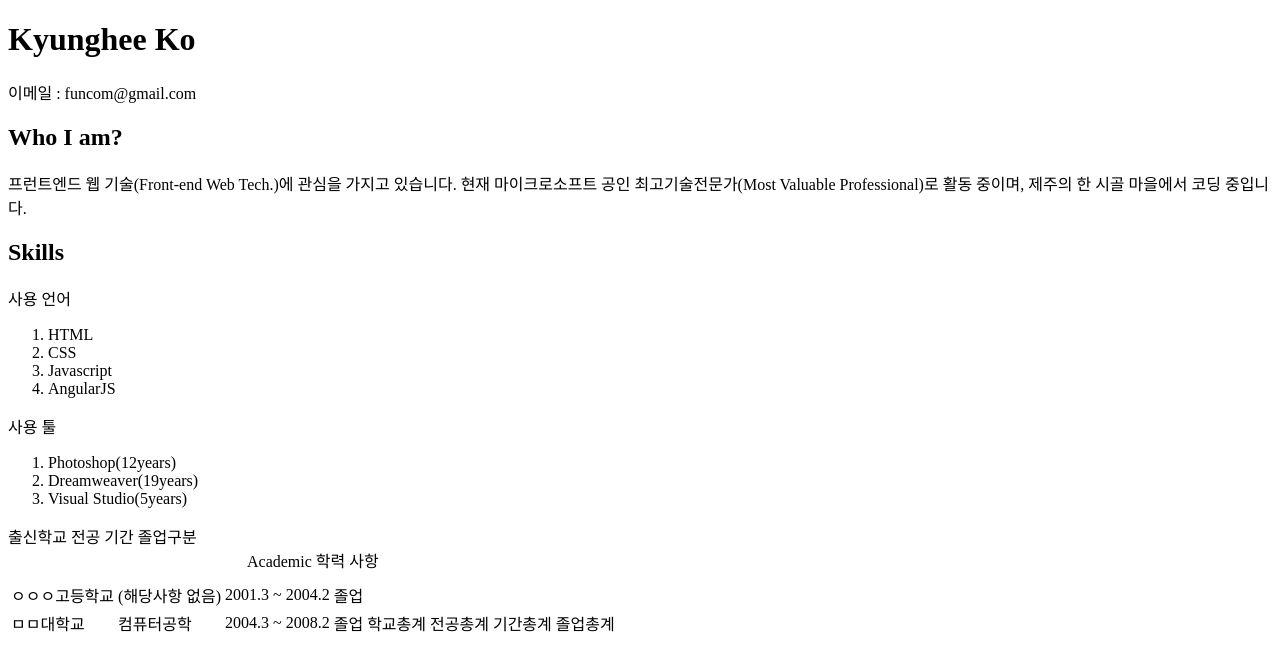
Repository: seulhwangbo/SeulJSP
Page: jspSrc17/webStandard01/src/main/webapp/02/resume.html
An editor plug-in stored every save of this project. The page is shown before and after the next save, followed by the edit.
The browser window is 1280 px wide. The pictures show the whole page.

Above is the page before, as saved 2024-06-13 07:39:26.

### jspSrc17/webStandard01/src/main/webapp/02/resume.html
<!DOCTYPE html>
<html>
<head>
<meta charset="UTF-8">
<title>Insert title here</title>
</head>
<body>
	<h1>Kyunghee Ko</h1>
	<p>이메일 : funcom@gmail.com</p>
	<h2>Who I am?</h2>
	<p>프런트엔드 웹 기술(Front-end Web Tech.)에 관심을 가지고 있습니다. 현재 마이크로소프트 공인
		최고기술전문가(Most Valuable Professional)로 활동 중이며, 제주의 한 시골 마을에서 코딩 중입니다.</p>

	<h2>Skills</h2>
	<p>사용 언어</p>

	<ol>
		<li>HTML</li>
		<li>CSS</li>
		<li>Javascript</li>
		<li>AngularJS</li>
	</ol>
	</li>
	<p>사용 툴</p>
	<ol>
		<li>Photoshop(12years)</li>
		<li>Dreamweaver(19years)</li>
		<li>Visual Studio(5years)</li>
	</ol>
	<table>
		<caption>Academic 학력 사항</caption>
		<thead>
			<tr>출신학교
			</tr>
			<tr>전공
			</tr>
			<tr>기간
			</tr>
			<tr>졸업구분
			</tr>
		</thead>
		<tr>
			<td>ㅇㅇㅇ고등학교</td>
			<td>(해당사항 없음)</td>
			<td>2001.3 ~ 2004.2</td>
			<td>졸업</td>
		</tr>
		<tfoot>
		<tr>
			<td>ㅁㅁ대학교</td>
			<td>컴퓨터공학</td>
			<td>2004.3 ~ 2008.2</td>
			<td>졸업</td>
			<td>학교총계</td>
			<td>전공총계</td>
			<td>기간총계</td>
			<td>졸업총계</td>
		</tfoot>
	</table>
</body>
</html>

After the next save:
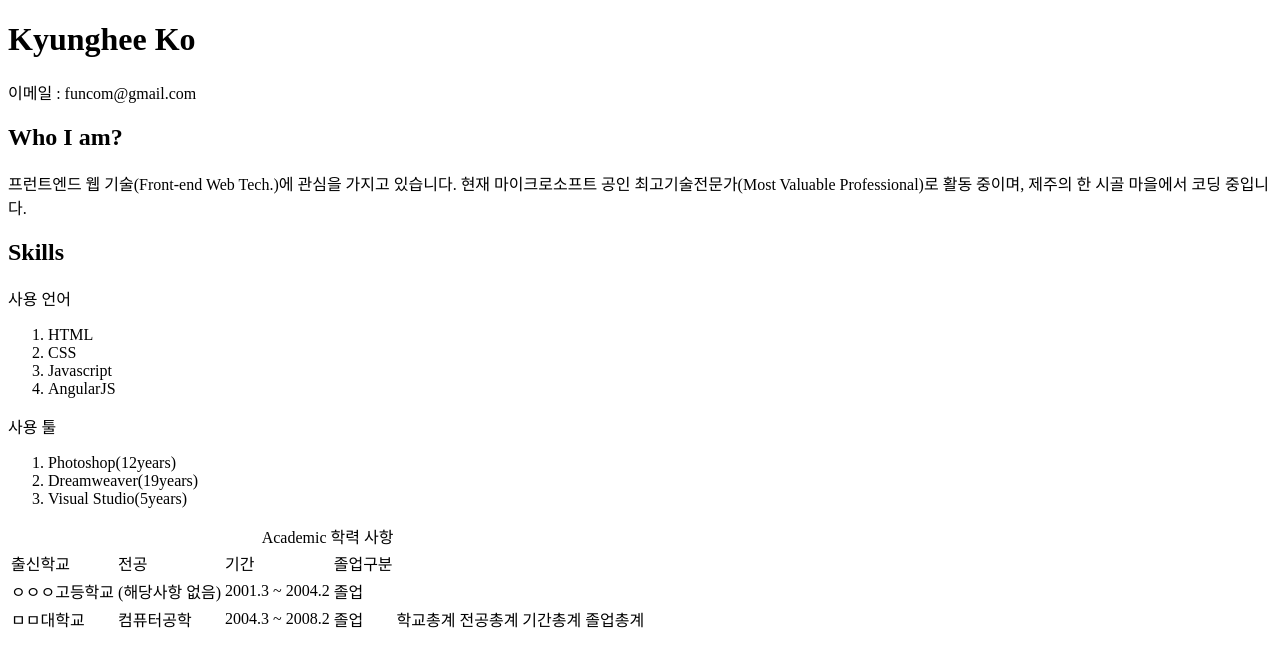
Saved 13 s later.
--- a/jspSrc17/webStandard01/src/main/webapp/02/resume.html
+++ b/jspSrc17/webStandard01/src/main/webapp/02/resume.html
@@ -30,14 +30,14 @@
 	<table>
 		<caption>Academic 학력 사항</caption>
 		<thead>
-			<tr>출신학교
-			</tr>
-			<tr>전공
-			</tr>
-			<tr>기간
-			</tr>
-			<tr>졸업구분
-			</tr>
+			<td>출신학교
+			</td>
+			<td>전공
+			</td>
+			<td>기간
+			</td>
+			<td>졸업구분
+			</td>
 		</thead>
 		<tr>
 			<td>ㅇㅇㅇ고등학교</td>
